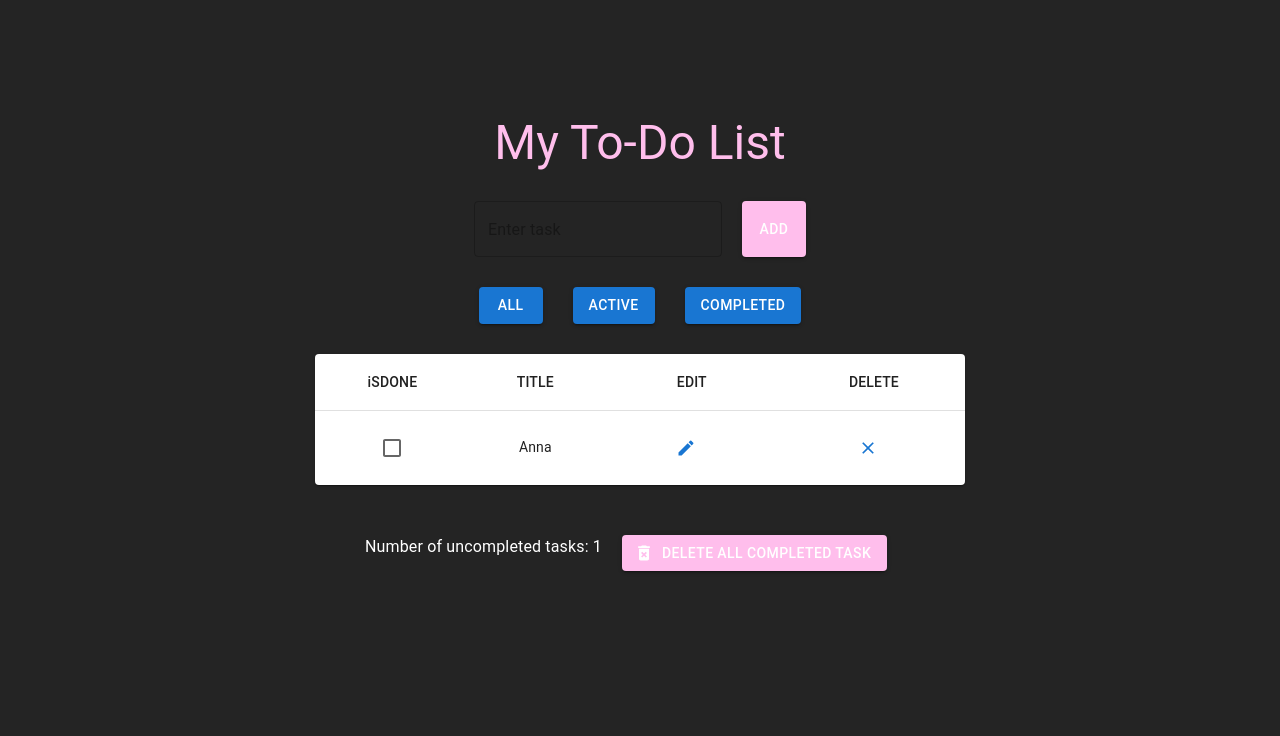
Repository: savannaaaas/ToDo_List
Page: /
The author's editor kept a copy of each file at every save. The page is drawn from the files as they stood at one save, then again after the next save.
The browser window is 1280 px wide. The pictures show the whole page.
The project was rebuilt for these pictures with package versions that can differ from the ones it lists, and the page was loaded fresh each time. Also part of the build but not shown: vite.config.js.

Above is the page before, as saved 2025-08-10 20:06:26.

After the next save:
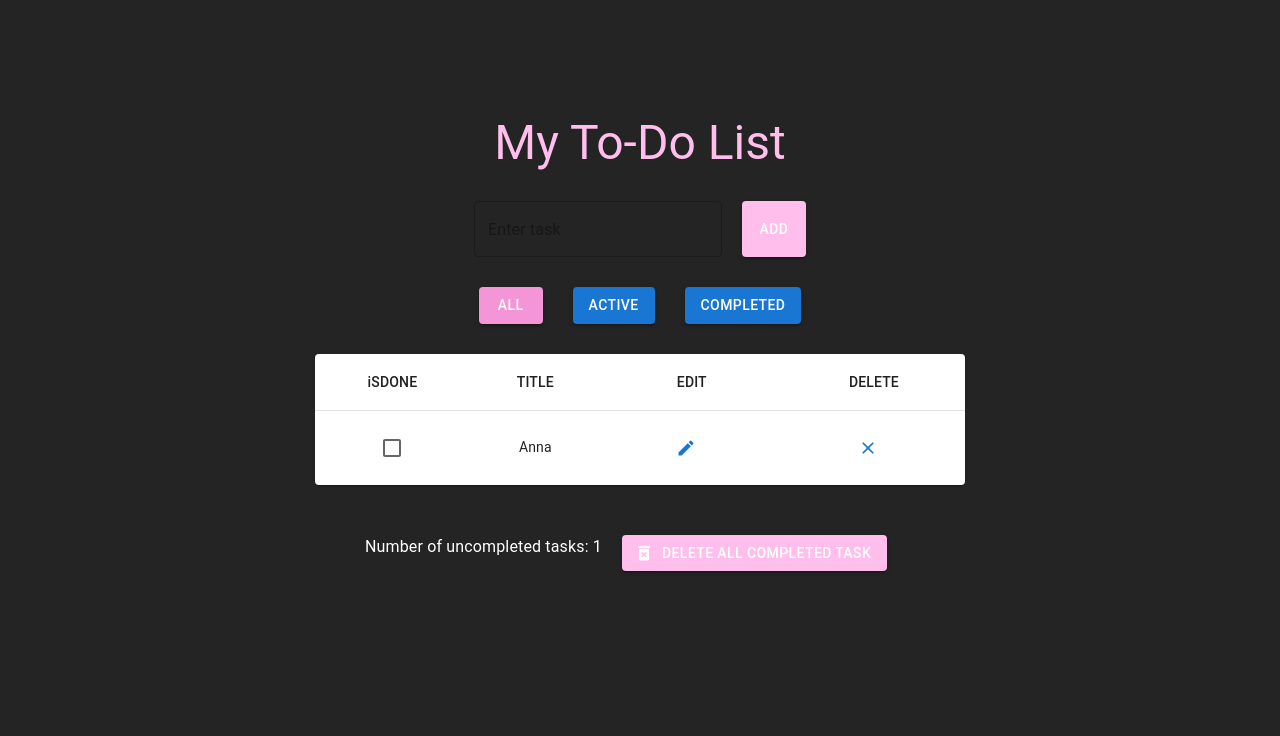
Saved 14 s later.
--- a/src/components/FiterTasks.jsx
+++ b/src/components/FiterTasks.jsx
@@ -3,7 +3,7 @@ import { Button } from "@mui/material";
 export const FilterTask = () => {
   return (
     <div style={{ display: "flex", flexDirection: "row", gap: "30px" }}>
-      <Button variant="contained" sx={{ backgroundColor: "" }}>
+      <Button variant="contained" sx={{ backgroundColor: "#f495d7ff" }}>
         All
       </Button>
       <Button variant="contained">Active</Button>
